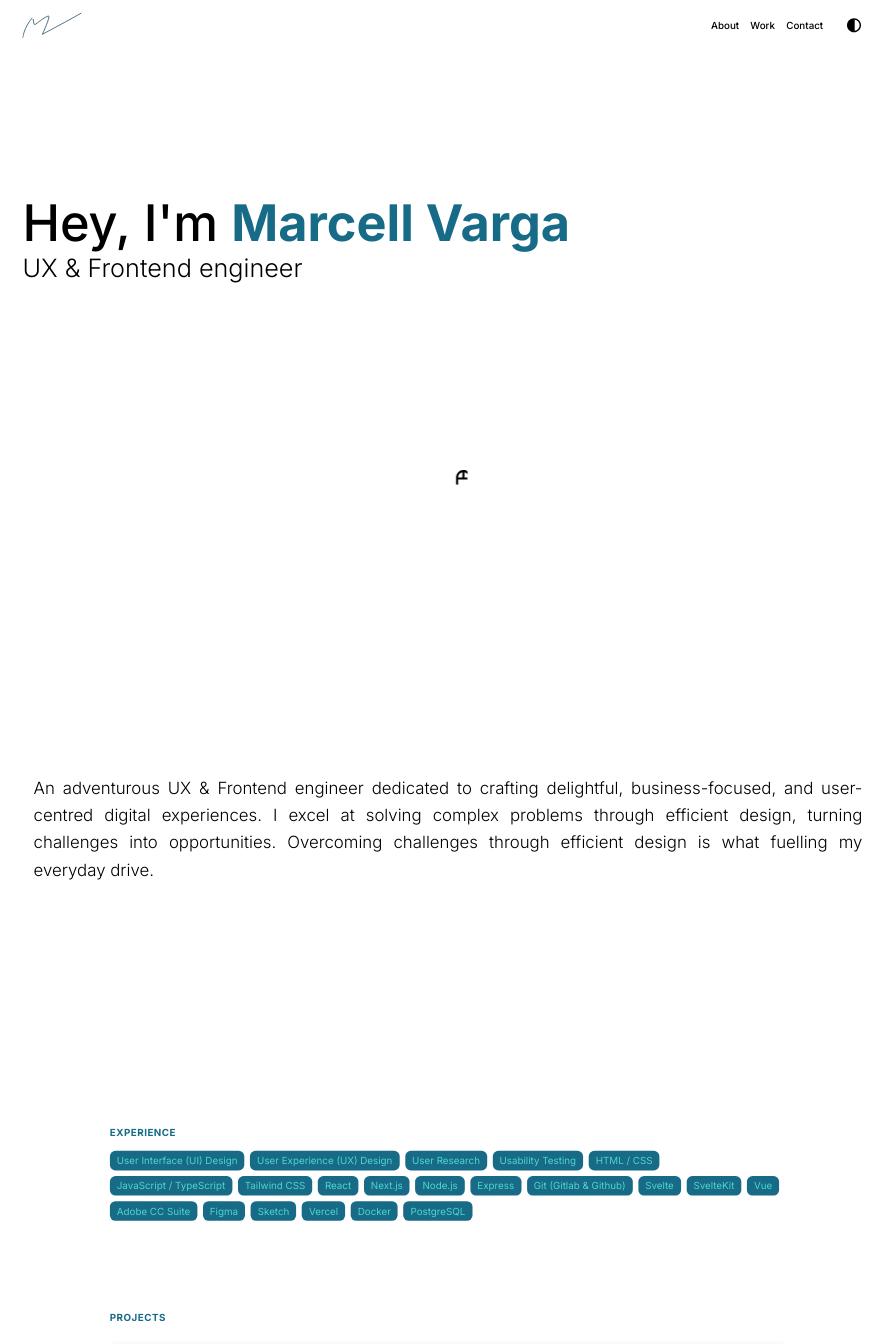
Repository: TheMarcellVarga/personal-portfolio-v.2
Page: /
The author's editor kept a copy of each file at every save. The page is drawn from the files as they stood at one save, then again after the next save.
The browser window is 1280 px wide. The pictures show the part of the page from y = 0 to 1920 px (the page is 4330 px tall), at 70% of full size.
The project was rebuilt for these pictures with package versions that can differ from the ones it lists, and the page was loaded fresh each time. The framework's server and built-in components were replaced by stand-ins that run in the browser. Also part of the build but not shown: next.config.mjs.

Above is the page before, as saved 2024-06-16 20:50:26.

### app/layout.tsx
import type { Metadata } from "next";
import { Inter } from "next/font/google";
import "./globals.css";

const inter = Inter({ subsets: ["latin"] });

export const metadata: Metadata = {
  title: {
    template: "%s | Marcell Varga",
    default: "Marcell Varga",
  },
  description: "Marcell Varga Portfolio | UX & Frontend Engineer",
};
export default function RootLayout({
  children,
}: Readonly<{
  children: React.ReactNode;
}>) {
  return (
    <html lang="en">
      <body className={inter.className}>{children}</body>
    </html>
  );
}

### app/globals.css
@tailwind base;
@tailwind components;
@tailwind utilities;

/* :root {
  --foreground-rgb: 0, 0, 0;
  --background-start-rgb: 214, 219, 220;
  --background-end-rgb: 255, 255, 255;
}

@media (prefers-color-scheme: dark) {
  :root {
    --foreground-rgb: 255, 255, 255;
    --background-start-rgb: 0, 0, 0;
    --background-end-rgb: 0, 0, 0;
  }
}

body {
  color: rgb(var(--foreground-rgb));
  background: linear-gradient(
      to bottom,
      transparent,
      rgb(var(--background-end-rgb))
    )
    rgb(var(--background-start-rgb));
}

@layer utilities {
  .text-balance {
    text-wrap: balance;
  }
} */

/* Light mode */
body {
  background-color: white;
  color: black;
}

/* Dark mode */
.dark body {
  background-color: black;
  color: white;
}

/* globals.css */
.svg-pink {
  fill: pink;
}

/* In your CSS file */
.light .dark-mode-icon {
  fill: #ffffff
}

.dark .dark-mode-icon {
  fill: #ffffff; /* Dark mode color */
}

@-webkit-keyframes animate-svg-stroke-1 {
  0% {
    stroke-dashoffset: 210.06117248535156px;
    stroke-dasharray: 210.06117248535156px;
  }

  100% {
    stroke-dashoffset: 420.1223449707031px;
    stroke-dasharray: 210.06117248535156px;
  }
}

@keyframes animate-svg-stroke-1 {
  0% {
    stroke-dashoffset: 210.06117248535156px;
    stroke-dasharray: 210.06117248535156px;
  }

  100% {
    stroke-dashoffset: 420.1223449707031px;
    stroke-dasharray: 210.06117248535156px;
  }
}

.svg-elem-1 {
  -webkit-animation: animate-svg-stroke-1 1s ease-in-out 1s both;
  animation: animate-svg-stroke-1 1s ease-in-out 1s both;
}

@-webkit-keyframes animate-svg-stroke-2 {
  0% {
    stroke-dashoffset: 798.271240234375px;
    stroke-dasharray: 798.271240234375px;
  }

  100% {
    stroke-dashoffset: 1596.54248046875px;
    stroke-dasharray: 798.271240234375px;
  }
}

@keyframes animate-svg-stroke-2 {
  0% {
    stroke-dashoffset: 798.271240234375px;
    stroke-dasharray: 798.271240234375px;
  }

  100% {
    stroke-dashoffset: 1596.54248046875px;
    stroke-dasharray: 798.271240234375px;
  }
}

.svg-elem-2 {
  -webkit-animation: animate-svg-stroke-2 1s ease-in-out 1.12s both;
  animation: animate-svg-stroke-2 1s ease-in-out 1.12s both;
}

@-webkit-keyframes animate-svg-stroke-3 {
  0% {
    stroke-dashoffset: 2px;
    stroke-dasharray: 2px;
  }

  100% {
    stroke-dashoffset: 4px;
    stroke-dasharray: 2px;
  }
}

@keyframes animate-svg-stroke-3 {
  0% {
    stroke-dashoffset: 2px;
    stroke-dasharray: 2px;
  }

  100% {
    stroke-dashoffset: 4px;
    stroke-dasharray: 2px;
  }
}

.svg-elem-3 {
  -webkit-animation: animate-svg-stroke-3 1s ease-in-out 1.24s both;
  animation: animate-svg-stroke-3 1s ease-in-out 1.24s both;
}

/* CSS for the overlay */
.nav-overlay {
  position: fixed;
  top: 0;
  right: 0;
  width: 80%; /* Adjust the width as needed */
  height: 100%;
  background-color: rgba(23, 107, 135, 1); /* Semi-transparent background */
  transform: translateX(100%); /* Hidden off-screen to the right */
  transition: transform 0.3s ease-out; /* Smooth transition */
  display: flex;
  flex-direction: column;
  justify-content: space-between; /* Pushes the button to the bottom */
  align-items: center;
  padding: 2rem;
  z-index: 2;
 }

 .nav-overlay.open {
  transform: translateX(0); /* Slide in from the right */
 }

/* Hamburger menu with increased z-index when open */
.md\:hidden {
  cursor: pointer;
  z-index: 2; /* Default z-index */
}

.md\:hidden.open {
  z-index: 5; /* Increased z-index when open */
}

/* Hamburger menu lines */
.md\:hidden > div {
  transition: all 0.3s ease;
}

/* Top line of the hamburger menu */
.md\:hidden > div:nth-child(1) {
  transform-origin: center;
}

/* Middle line of the hamburger menu */
.md\:hidden > div:nth-child(2) {
  transform-origin: center;
}

/* Bottom line of the hamburger menu */
.md\:hidden > div:nth-child(3) {
  transform-origin: center;
}

/* Animation for the hamburger menu to become a cross */
.md\:hidden.open > div:nth-child(1) {
  transform: rotate(45deg);
}

.md\:hidden.open > div:nth-child(2) {
  opacity: 0;
}

.md\:hidden.open > div:nth-child(3) {
  transform: rotate(-45deg);
}

/* Hamburger menu with increased z-index when open */
.md\:hidden {
  cursor: pointer;
  z-index: 2; /* Default z-index */
}

.md\:hidden.open {
  z-index: 5; /* Increased z-index when open */
}

/* CSS for the close button */
.close-btn {
  position: absolute;
  top: 1rem;
  right: 1rem;
  background: none;
  border: none;
  font-size: 1.5rem;
  color: #fff;
  cursor: pointer;
}

/* globals.css */
.sticky-header {
  position: sticky;
  top: 0;
  z-index: 1000; /* Ensure the header stays on top of other content */
}

.pink-svg {
  filter: hue-rotate(300deg); /* Adjust the degree value as needed */
}

@keyframes moveDown {
  0% {
    transform: translateY(0);
  }
  100% {
    transform: translateY(15px); /* Adjust the value as needed */
  }
}

.animate-moveDown {
  animation: moveDown 2s infinite alternate ease-in-out; /* Adjust the duration as needed */
}

.globe-container {
  display: flex;
  justify-content: center;
  align-items: center;
  width: 100%;
  height: 500px; /* Adjust based on your desired height */
}

### public/icons/indexSigAnimated.tsx
import React from "react";

interface IconProps {
  isDarkMode: boolean;
  isOpen: boolean;
}

const IndexSigAnimatedIcon: React.FC<IconProps> = ({ isDarkMode, isOpen }) => {
  return (
    <svg
      className="svg-elem-1"
      width="85"
      height="37"
      viewBox="0 0 85 37"
      fill="none"
      xmlns="http://www.w3.org/2000/svg"
    >
      <g clipPath="url(#clip0_18_152)">
        <path
          stroke={isOpen ? "#053B50" : isDarkMode ? "white" : "#053B50"}
          strokeLinecap="round"
          strokeLinejoin="round"
          d="M0.396973 36.3291C0.396973 36.3291 1.80464 21.811 13.6633 7.89246"
        />
        <path
          stroke={isOpen ? "#053B50" : isDarkMode ? "white" : "#053B50"}
          strokeLinecap="round"
          strokeLinejoin="round"
          d="M84.6029 0.378418C83.4907 1.72562 28.5188 31.0478 28.5188 31.0478C34.2765 18.2493 39.5275 5.38881 37.4414 4.87415C37.3274 4.8523 37.2096 4.85749 37.0982 4.88928C31.574 6.017 19.8186 16.4677 17.715 17.2805C17.665 17.3015 17.6107 17.3113 17.5561 17.3093C16.4821 17.2881 15.8514 13.5856 15.4907 9.68776"
        />
      </g>
      <defs>
        <clipPath id="clip0_18_152">
          <rect width="85" height="36.7076" fill="white" />
        </clipPath>
      </defs>
    </svg>
  );
};

export default IndexSigAnimatedIcon;

### public/icons/darkMode.tsx
import React from "react";

interface IconProps {
  isDarkMode: boolean;
  isOpen: boolean;
}

const DarkModeIcon: React.FC<IconProps> = ({ isDarkMode, isOpen }) => {
  return (
    <svg
      xmlns="http://www.w3.org/2000/svg"
      height="24px"
      viewBox="0 -960 960 960"
      width="24px"
      fill="none"
    >
      <path
        fill={isOpen ? "white" : isDarkMode ? "white" : "black"}
        d="M480-80q-83 0-156-31.5T197-197q-54-54-85.5-127T80-480q0-83 31.5-156T197-763q54-54 127-85.5T480-880q83 0 156 31.5T763-763q54 54 85.5 127T880-480q0 83-31.5 156T763-197q-54 54-127 85.5T480-80Zm40-83q119-15 199.5-104.5T800-480q0-123-80.5-212.5T520-797v634Z"
      />
    </svg>
  );
};

export default DarkModeIcon;

### public/icons/linkedin.tsx
import React from "react";

interface LinkedInIconProps {
  isDarkMode: boolean;
  isOpen: boolean;
}

const LinkedInIcon: React.FC<LinkedInIconProps> = ({ isDarkMode, isOpen }) => {
  return (
    <svg
      width="22"
      height="22"
      viewBox="0 0 22 22"
      fill="none"
      xmlns="http://www.w3.org/2000/svg"
    >
      <path
        d="M20.25 0.5H2.24531C1.42031 0.5 0.75 1.17969 0.75 2.01406V19.9859C0.75 20.8203 1.42031 21.5 2.24531 21.5H20.25C21.075 21.5 21.75 20.8203 21.75 19.9859V2.01406C21.75 1.17969 21.075 0.5 20.25 0.5ZM7.09687 18.5H3.98438V8.47812H7.10156V18.5H7.09687ZM5.54062 7.10938C4.54219 7.10938 3.73594 6.29844 3.73594 5.30469C3.73594 4.31094 4.54219 3.5 5.54062 3.5C6.53437 3.5 7.34531 4.31094 7.34531 5.30469C7.34531 6.30312 6.53906 7.10938 5.54062 7.10938ZM18.7641 18.5H15.6516V13.625C15.6516 12.4625 15.6281 10.9672 14.0344 10.9672C12.4125 10.9672 12.1641 12.2328 12.1641 13.5406V18.5H9.05156V8.47812H12.0375V9.84687H12.0797C12.4969 9.05937 13.5141 8.22969 15.0281 8.22969C18.1781 8.22969 18.7641 10.3062 18.7641 13.0062V18.5Z"
        fill={isOpen ? "white" : isDarkMode ? "white" : "black"}
      />
    </svg>
  );
};

export default LinkedInIcon;

### public/icons/openResume.tsx
import React from "react";

interface IconProps {
  isDarkMode: boolean;
  isHover: boolean;
}

const DarkModeIcon: React.FC<IconProps> = ({ isDarkMode, isHover }) => {
  return (
    <svg
      xmlns="http://www.w3.org/2000/svg"
      width="36"
      height="36"
      viewBox="0 0 512 512"
    >
      <path
        fill={isHover ? "blue" : isDarkMode ? "white" : "black"}
        d="M320 0c-17.7 0-32 14.3-32 32s14.3 32 32 32h82.7L201.4 265.4c-12.5 12.5-12.5 32.8 0 45.3s32.8 12.5 45.3 0L448 109.3V192c0 17.7 14.3 32 32 32s32-14.3 32-32V32c0-17.7-14.3-32-32-32H320zM80 32C35.8 32 0 67.8 0 112V432c0 44.2 35.8 80 80 80H400c44.2 0 80-35.8 80-80V320c0-17.7-14.3-32-32-32s-32 14.3-32 32V432c0 8.8-7.2 16-16 16H80c-8.8 0-16-7.2-16-16V112c0-8.8 7.2-16 16-16H192c17.7 0 32-14.3 32-32s-14.3-32-32-32H80z"
      />
    </svg>
  );
};

export default DarkModeIcon;

### public/icons/github.tsx
import React from "react";

interface IconProps {
  isDarkMode: boolean;
  isOpen: boolean;
}

const GitHubIcon: React.FC<IconProps> = ({ isDarkMode, isOpen }) => {
  return (
    <svg
      width="24"
      height="24"
      viewBox="0 0 24 24"
      fill="none"
      xmlns="http://www.w3.org/2000/svg"
    >
      <g clip-path="url(#clip0_21_650)">
        <path
          d="M8.52656 18.6281C8.52656 18.7219 8.41875 18.7969 8.28281 18.7969C8.12812 18.8109 8.02031 18.7359 8.02031 18.6281C8.02031 18.5344 8.12813 18.4594 8.26406 18.4594C8.40469 18.4453 8.52656 18.5203 8.52656 18.6281ZM7.06875 18.4172C7.03594 18.5109 7.12969 18.6187 7.27031 18.6469C7.39219 18.6937 7.53281 18.6469 7.56094 18.5531C7.58906 18.4594 7.5 18.3516 7.35938 18.3094C7.2375 18.2766 7.10156 18.3234 7.06875 18.4172ZM9.14062 18.3375C9.00469 18.3703 8.91094 18.4594 8.925 18.5672C8.93906 18.6609 9.06094 18.7219 9.20156 18.6891C9.3375 18.6562 9.43125 18.5672 9.41719 18.4734C9.40312 18.3844 9.27656 18.3234 9.14062 18.3375ZM12.225 0.375C5.72344 0.375 0.75 5.31094 0.75 11.8125C0.75 17.0109 4.02188 21.4594 8.69531 23.025C9.29531 23.1328 9.50625 22.7625 9.50625 22.4578C9.50625 22.1672 9.49219 20.5641 9.49219 19.5797C9.49219 19.5797 6.21094 20.2828 5.52188 18.1828C5.52188 18.1828 4.9875 16.8187 4.21875 16.4672C4.21875 16.4672 3.14531 15.7312 4.29375 15.7453C4.29375 15.7453 5.46094 15.8391 6.10312 16.9547C7.12969 18.7641 8.85 18.2437 9.52031 17.9344C9.62813 17.1844 9.93281 16.6641 10.2703 16.3547C7.65 16.0641 5.00625 15.6844 5.00625 11.175C5.00625 9.88594 5.3625 9.23906 6.1125 8.41406C5.99062 8.10938 5.59219 6.85312 6.23438 5.23125C7.21406 4.92656 9.46875 6.49688 9.46875 6.49688C10.4062 6.23438 11.4141 6.09844 12.4125 6.09844C13.4109 6.09844 14.4188 6.23438 15.3563 6.49688C15.3563 6.49688 17.6109 4.92188 18.5906 5.23125C19.2328 6.85781 18.8344 8.10938 18.7125 8.41406C19.4625 9.24375 19.9219 9.89062 19.9219 11.175C19.9219 15.6984 17.1609 16.0594 14.5406 16.3547C14.9719 16.725 15.3375 17.4281 15.3375 18.5297C15.3375 20.1094 15.3234 22.0641 15.3234 22.4484C15.3234 22.7531 15.5391 23.1234 16.1344 23.0156C20.8219 21.4594 24 17.0109 24 11.8125C24 5.31094 18.7266 0.375 12.225 0.375ZM5.30625 16.5422C5.24531 16.5891 5.25938 16.6969 5.33906 16.7859C5.41406 16.8609 5.52187 16.8938 5.58281 16.8328C5.64375 16.7859 5.62969 16.6781 5.55 16.5891C5.475 16.5141 5.36719 16.4812 5.30625 16.5422ZM4.8 16.1625C4.76719 16.2234 4.81406 16.2984 4.90781 16.3453C4.98281 16.3922 5.07656 16.3781 5.10938 16.3125C5.14219 16.2516 5.09531 16.1766 5.00156 16.1297C4.90781 16.1016 4.83281 16.1156 4.8 16.1625ZM6.31875 17.8312C6.24375 17.8922 6.27187 18.0328 6.37969 18.1219C6.4875 18.2297 6.62344 18.2437 6.68437 18.1688C6.74531 18.1078 6.71719 17.9672 6.62344 17.8781C6.52031 17.7703 6.37969 17.7563 6.31875 17.8312ZM5.78438 17.1422C5.70937 17.1891 5.70937 17.3109 5.78438 17.4188C5.85938 17.5266 5.98594 17.5734 6.04688 17.5266C6.12187 17.4656 6.12187 17.3438 6.04688 17.2359C5.98125 17.1281 5.85938 17.0813 5.78438 17.1422Z"
          fill={isOpen ? "white" : isDarkMode ? "white" : "black"}
        />
      </g>
      <defs>
        <clipPath id="clip0_21_650">
          <rect
            width="23.25"
            height="24"
            fill={isOpen ? "white" : isDarkMode ? "white" : "black"}
            transform="translate(0.75)"
          />
        </clipPath>
      </defs>
    </svg>
  );
};

export default GitHubIcon;

### public/icons/mouseScroll.tsx
import React from "react";

interface IconProps {
  isDarkMode: boolean;
  isOpen: boolean;
}

const MouseScrollIcon: React.FC<IconProps> = ({ isDarkMode, isOpen }) => {
  return (
    <svg
      className="animate-moveDown"
      width="24"
      height="24"
      viewBox="0 0 24 24"
      fill="none"
      xmlns="http://www.w3.org/2000/svg"
    >
      <path
        d="M18 32.9999C15.1 32.9999 12.625 31.9749 10.575 29.9249C8.525 27.8749 7.5 25.3999 7.5 22.4999V13.4999C7.5 10.5999 8.525 8.12494 10.575 6.07494C12.625 4.02494 15.1 2.99994 18 2.99994C20.9 2.99994 23.375 4.02494 25.425 6.07494C27.475 8.12494 28.5 10.5999 28.5 13.4999V22.4999C28.5 25.3999 27.475 27.8749 25.425 29.9249C23.375 31.9749 20.9 32.9999 18 32.9999ZM19.5 13.4999H25.5C25.5 11.6999 24.9313 10.1124 23.7938 8.73744C22.6563 7.36244 21.225 6.49994 19.5 6.14994V13.4999ZM10.5 13.4999H16.5V6.14994C14.775 6.49994 13.3438 7.36244 12.2063 8.73744C11.0688 10.1124 10.5 11.6999 10.5 13.4999ZM18 29.9999C20.075 29.9999 21.8438 29.2687 23.3063 27.8062C24.7688 26.3437 25.5 24.5749 25.5 22.4999V16.4999H10.5V22.4999C10.5 24.5749 11.2313 26.3437 12.6938 27.8062C14.1563 29.2687 15.925 29.9999 18 29.9999Z"
        fill={isOpen ? "white" : isDarkMode ? "white" : "black"}
      />
    </svg>
  );
};

export default MouseScrollIcon;

### app/useWindowSize.tsx
import { useState, useEffect } from "react";

const useWindowSize = () => {
  const [windowSize, setWindowSize] = useState({
    width: undefined as number | undefined,
    height: undefined as number | undefined,
  });

  useEffect(() => {
    // Check if window object is available
    if (typeof window!== "undefined") {
      const handleResize = () => {
        setWindowSize({
          width: window.innerWidth * 0.6,
          height: window.innerHeight * 0.6,
        });
      };

      window.addEventListener("resize", handleResize);
      handleResize();

      return () => window.removeEventListener("resize", handleResize);
    }
  }, []);

  return windowSize;
};

export default useWindowSize;

### tailwind.config.ts
import type { Config } from "tailwindcss";

const config: Config = {
  content: [
    "./pages/**/*.{js,ts,jsx,tsx,mdx}",
    "./components/**/*.{js,ts,jsx,tsx,mdx}",
    "./app/**/*.{js,ts,jsx,tsx,mdx}",
  ],
  theme: {
    extend: {
      backgroundImage: {
        "gradient-radial": "radial-gradient(var(--tw-gradient-stops))",
        "gradient-conic":
          "conic-gradient(from 180deg at 50% 50%, var(--tw-gradient-stops))",
      },
      backgroundColor: {
        "custom-light": "#FFFFFF",
        "custom-dark": "#0f172a",
      },
      colors: {
        "custom-blue": "#176B87",
        "custom-teal": "#4FD5CC",
      },
    },
  },
  variants: {
    extend: {
      backgroundColor: ["hover"],
      borderColor: ["hover"],
    },
  },
  darkMode: "class",
  plugins: [],
};

export default config;

Loaded but not shown: app/page.tsx (740 lines, source omitted)

After the next save:
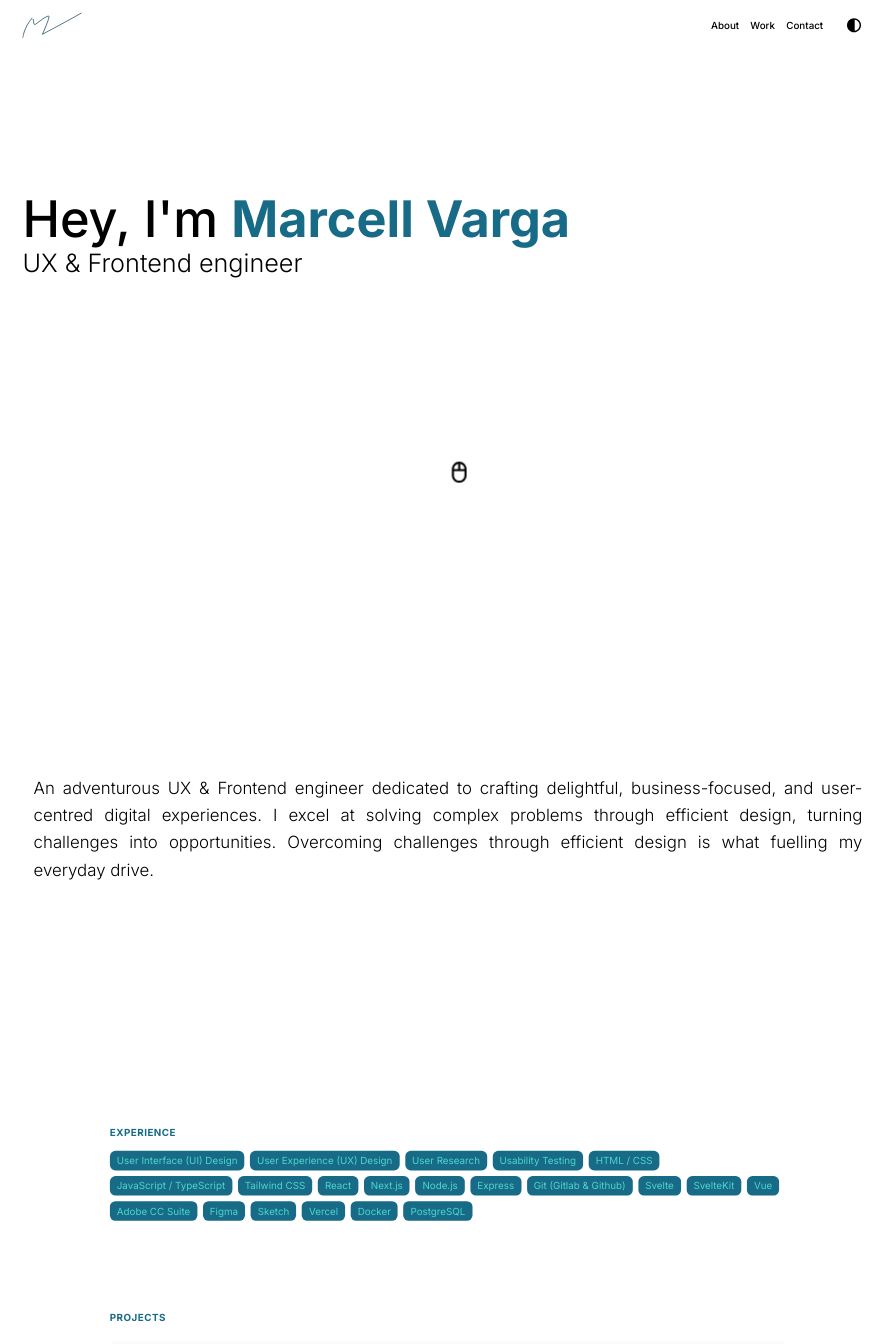
Saved 9 s later.
--- a/public/icons/mouseScroll.tsx
+++ b/public/icons/mouseScroll.tsx
@@ -9,9 +9,9 @@ const MouseScrollIcon: React.FC<IconProps> = ({ isDarkMode, isOpen }) => {
   return (
     <svg
       className="animate-moveDown"
-      width="24"
-      height="24"
-      viewBox="0 0 24 24"
+      width="36"
+      height="36"
+      viewBox="0 0 36 36"
       fill="none"
       xmlns="http://www.w3.org/2000/svg"
     >
